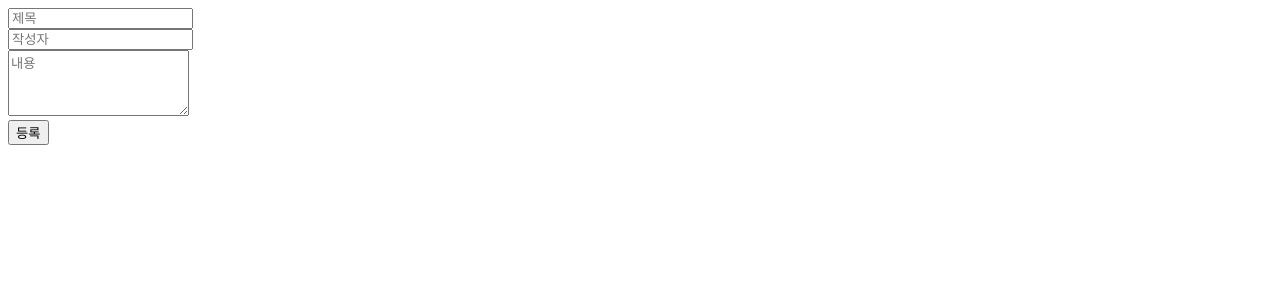
Repository: gunilkim/Java-JSP-study
Page: http://localhost/board/board/registForm.jsp
The author's editor kept a copy of each file at every save. The page is drawn from the files as they stood at one save, then again after the next save.
The browser window is 1280 px wide. The pictures show the whole page.
The page is served by Tomcat 9. Other server files are loaded and not shown.

Above is the page before, as saved 2023-11-01 18:07:45.

### board/WebContent/board/registForm.jsp
<%@ page language="java" contentType="text/html; charset=UTF-8"
    pageEncoding="UTF-8"%>
<!DOCTYPE html>
<html>
<head>
<meta charset="UTF-8">
<title>글 등록</title>
</head>
<body>
<form action="regist.jsp" method="post">
	<input type="text" name="title" placeholder="제목" required><br>
	<input type="text" name="writer" placeholder="작성자" required><br>
	<textarea rows="4" cols="20" name="content" placeholder="내용"></textarea><br>
	<input type="submit" value="등록">
</form>
</body>
</html>

After the next save:
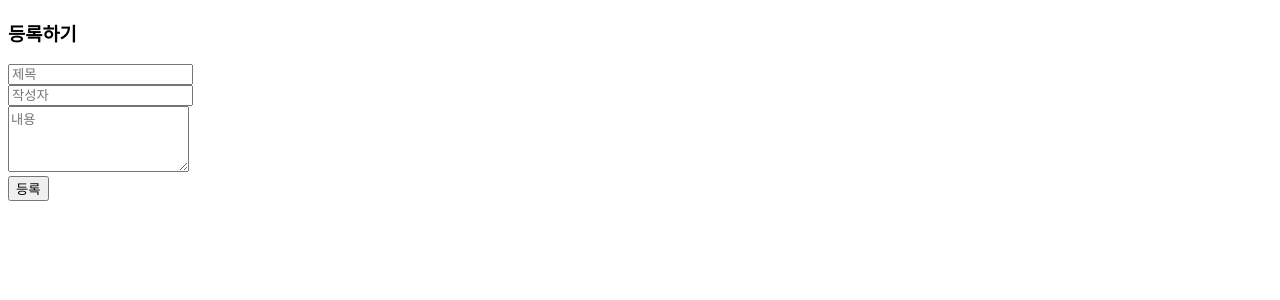
Saved 11 s later.
--- a/board/WebContent/board/registForm.jsp
+++ b/board/WebContent/board/registForm.jsp
@@ -7,6 +7,7 @@
 <title>글 등록</title>
 </head>
 <body>
+<h3>등록하기</h3>
 <form action="regist.jsp" method="post">
 	<input type="text" name="title" placeholder="제목" required><br>
 	<input type="text" name="writer" placeholder="작성자" required><br>
